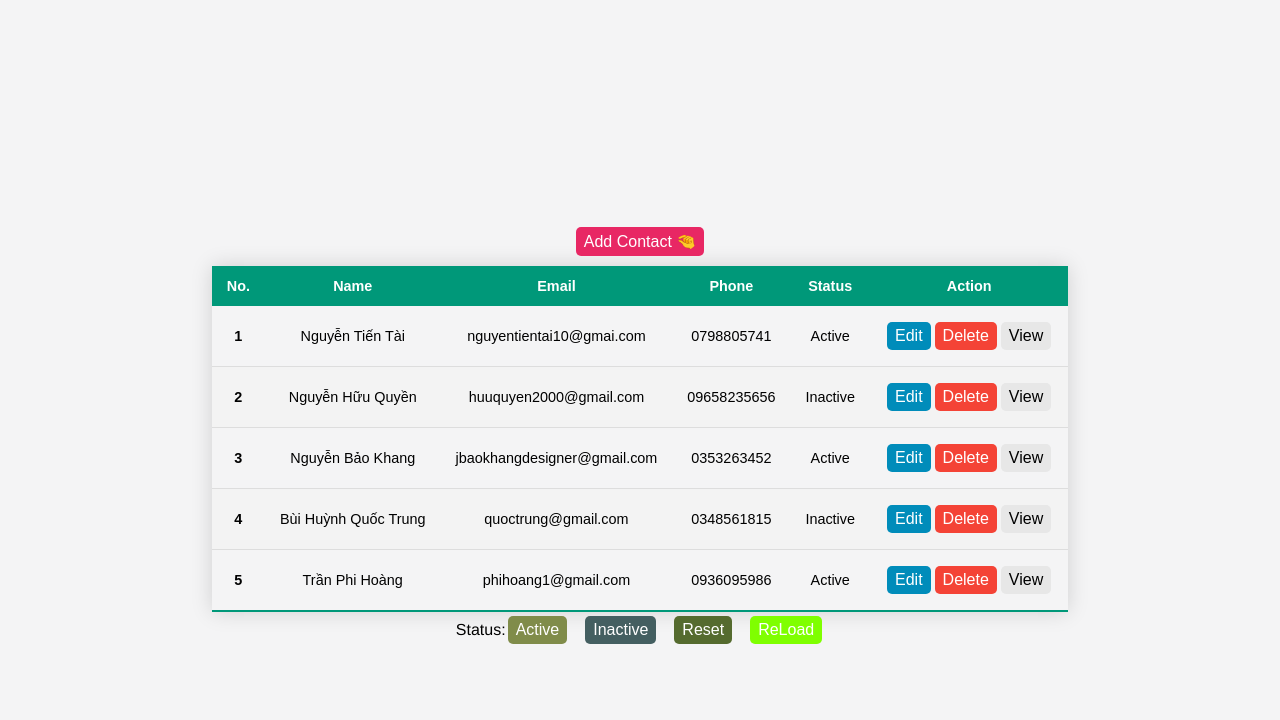
Repository: fdhhhdjd/Redux-Toolkit-CURD-Firebase
Page: /
The author's editor kept a copy of each file at every save. The page is drawn from the files as they stood at one save, then again after the next save.
The browser window is 1280 px wide. The pictures show the whole page.
The project was rebuilt for these pictures with package versions that can differ from the ones it lists, and the page was loaded fresh each time. Also part of the build but not shown: src/Styles/AddEdit.css, src/Component/Button.js, src/Component/AddEdit.js, src/Styles/View.css, src/Component/View.js.

Above is the page before, as saved 2021-10-25 10:53:47.

### src/index.js
import React from "react";
import ReactDOM from "react-dom";
import "./index.css";
import App from "./App";
import store from "./Redux/Store";
import { Provider } from "react-redux";
import * as serviceWorker from "./serviceWorker";
import { ToastContextProvider } from "./ToastContext/ToastContext";

ReactDOM.render(
  <React.StrictMode>
    <Provider store={store}>
      <ToastContextProvider>
        <App />
      </ToastContextProvider>
    </Provider>
  </React.StrictMode>,
  document.getElementById("root")
);

// If you want your app to work offline and load faster, you can change
// unregister() to register() below. Note this comes with some pitfalls.
// Learn more about service workers: https://bit.ly/CRA-PWA
serviceWorker.unregister();

### src/App.js
import React from "react";
import "./App.css";
import { BrowserRouter, Switch, Route } from "react-router-dom";
import { ToastContainer } from "react-toastify";
import "react-toastify/dist/ReactToastify.css";
import { Home, View, AddEdit } from "./import/Index";
function App() {
  return (
    <>
      <BrowserRouter>
        <div className="App">
          <ToastContainer position="top-center" />
          <Switch>
            <Route exact path="/" component={Home} />
            <Route path="/add" component={AddEdit} />
            <Route path="/update/:id" component={AddEdit} />
            <Route path="/view/:id" component={View} />
          </Switch>
        </div>
      </BrowserRouter>
    </>
  );
}

export default App;

### src/Redux/Store.js
import { configureStore, createStore } from "@reduxjs/toolkit";
import logger from "redux-logger";
import thunk from "redux-thunk";
import { composeWithDevTools } from "redux-devtools-extension";
import ContactReducer from "./ContactSlice";
const middleware = [thunk];
if (process.env.NODE_ENV === "development") {
  middleware.push(logger);
}
const store = configureStore({
  reducer: {
    todos: ContactReducer,
    middleware: [logger],
  },
});

export default store;

### src/ToastContext/ToastContext.js
import React, { useState, createContext, useEffect, useRef } from "react";
export const ToastContext = createContext();
export const ToastContextProvider = ({ children }) => {
  const [list, setList] = useState([]);
  let toastProperties = null;
  const showToast = (type) => {
    switch (type) {
      case "success":
        toastProperties = {
          id: list.length + 1,
          title: "Success",
          icon: "fas fa-check-circle",
          description: "Add user Success 😊",
          backgroundColor: "toast--success",
        };
        break;
      case "danger":
        toastProperties = {
          id: list.length + 1,
          title: "Danger",
          description: "Thất bại",
          backgroundColor: "toast--error",
          button: "btn btn--danger",
          json: "fas fa-exclamation-triangle",
        };
        break;
      case "info":
        toastProperties = {
          id: list.length + 1,
          title: "Info",
          description: "Khá thành công",
          backgroundColor: "toast--info",
          json: "fas fa-info",
        };
        break;
      case "warning":
        toastProperties = {
          id: list.length + 1,
          title: "Warning",
          description: "Gần thất bại",
          backgroundColor: "toast--warning",
          json: "fas fa-radiation-alt",
        };
        break;
      default:
        toastProperties = [];
    }
    setList([...list, toastProperties]);
  };
  const data = { list, setList, showToast };

  return <ToastContext.Provider value={data}>{children}</ToastContext.Provider>;
};

### src/import/Index.js
export { default as Home } from "../Component/Home";
export { default as AddEdit } from "../Component/AddEdit";
export { default as View } from "../Component/View";

### src/Redux/ContactSlice.js
import { createSlice, createAsyncThunk } from "@reduxjs/toolkit";
import { v4 as uuidv4 } from "uuid";
import { nanoid } from "nanoid";
const initialState = {
  contacts: [
    {
      id: 1,
      name: "Nguyễn Tiến Tài",
      email: "nguyentientai10@gmai.com",
      phone: "0798805741",
      status: "Active",
    },
    {
      id: 2,
      name: "Nguyễn Hữu Quyền",
      email: "huuquyen2000@gmail.com",
      phone: "09658235656",
      status: "Inactive",
    },
    {
      id: 3,
      name: "Nguyễn Bảo Khang",
      email: "jbaokhangdesigner@gmail.com",
      phone: "0353263452",
      status: "Active",
    },
    {
      id: 4,
      name: "Bùi Huỳnh Quốc Trung	",
      email: "quoctrung@gmail.com",
      phone: "0348561815",
      status: "Inactive",
    },
    {
      id: 5,
      name: "Trần Phi Hoàng",
      email: "phihoang1@gmail.com",
      phone: "0936095986",
      status: "Active",
    },
  ],
  contact: {
    name: "",
    email: "",
    phone: "",
    status: "",
  },
  filter: "All",
};
const TodoSlice = createSlice({
  name: "todos",
  initialState,
  reducers: {
    getContact: (state, action) => {
      state.contact = state.contacts.find((item) => item.id == action.payload);
    },
    addContact: (state, action) => {
      const newData = { ...action.payload, id: uuidv4() };
      state.contacts = [...state.contacts, newData];
    },
    deleteContact: (state, action) => {
      state.contacts = state.contacts.filter(
        (item) => item.id !== action.payload
      );
    },
    updateContact: (state, action) => {
      state.contacts = state.contacts.map((item) =>
        item.id === action.payload.id ? action.payload : item
      );
    },
    setFilter: (state, action) => {
      state.filter = action.payload;
    },
  },
});
const ContactReducer = TodoSlice.reducer;
export const {
  addContact,
  deleteContact,
  getContact,
  updateContact,
  setFilter,
} = TodoSlice.actions;
export const GetTodo = (state) => state.todos;
export default ContactReducer;

### src/Component/Home.js
import React, { useEffect } from "react";
import { useDispatch, useSelector } from "react-redux";
import { deleteContact, GetTodo, setFilter } from "../Redux/ContactSlice";
import { Link } from "react-router-dom";
import { toast } from "react-toastify";
import "../Styles/Home.css";
import Toast from "./Toast";
const Home = () => {
  const { contacts, filter } = useSelector(GetTodo);
  const dispatch = useDispatch();
  const deleteFilterContact = (id) => {
    if (window.confirm("Are you sure you want to delete  ?")) {
      dispatch(deleteContact(id), toast.success("Delete user Success 😉"));
    }
  };

  const handleReloading = () => {
    window.location.reload();
  };
  return (
    <>
      <Toast />
      <div style={{ marginTop: "150px" }}>
        <Link to="/add">
          <button className="btn btn-contact">Add Contact 🤏</button>
        </Link>

        <table className="styled-table">
          <thead>
            <tr>
              <th style={{ textAlign: "center" }}>No.</th>
              <th style={{ textAlign: "center" }}>Name</th>
              <th style={{ textAlign: "center" }}>Email</th>
              <th style={{ textAlign: "center" }}>Phone</th>
              <th style={{ textAlign: "center" }}>Status</th>
              <th style={{ textAlign: "center" }}>Action</th>
            </tr>
          </thead>
          <tbody>
            {contacts
              .filter((item) => {
                if (filter === "All") {
                  return item;
                } else {
                  return item.status === filter;
                }
              })
              .map((item, index) => {
                return (
                  <tr key={item.id}>
                    <th scope="row">{index + 1}</th>
                    <td>{item.name}</td>
                    <td>{item.email}</td>
                    <td>{item.phone}</td>
                    <td>{item.status}</td>
                    <td>
                      <Link to={`/update/${item.id}`}>
                        <button className="btn btn-edit">Edit</button>
                      </Link>
                      <button
                        className="btn btn-delete"
                        onClick={() => deleteFilterContact(item.id)}
                      >
                        Delete
                      </button>
                      <Link to={`/view/${item.id}`}>
                        <button className="btn btn-view">View</button>
                      </Link>
                    </td>
                  </tr>
                );
              })}
          </tbody>
        </table>
        <label htmlFor="">Status:</label>
        <button
          className="btn btn-active"
          onClick={() => dispatch(setFilter("Active"))}
        >
          Active
        </button>
        <button
          className="btn btn-inactive"
          onClick={() => dispatch(setFilter("Inactive"))}
        >
          Inactive
        </button>
        <button
          className="btn btn-reset"
          onClick={() => dispatch(setFilter("All"))}
        >
          Reset
        </button>
        <button className="btn btn-reload" onClick={handleReloading}>
          ReLoad
        </button>
      </div>
    </>
  );
};

export default Home;

### src/Styles/Home.css
.styled-table {
    border-collapse: collapse;
    margin: auto;
    font-size: 0.9em;
    font-family: sans-serif;
    max-width: 1000px;
    box-shadow: 0 0 20px rgba(0, 0, 0, 0.15);
  }

  .styled-table thead tr {
    background-color: #009879;
    color: #ffffff;
    text-align: left;
  }

  .styled-table th,
  .styled-table td {
    padding: 12px 15px;
  }

  .styled-table tbody tr {
    border-bottom: 1px solid #dddddd;
  }

  .styled-table tbody tr:nth-of-type(even) {
    background-color: #f3f3f3;
  }

  .styled-table tbody tr:last-of-type {
    border-bottom: 2px solid #009879;
  }

  .btn {
    border: none;
    color: white;
    padding: 5px 8px;
    text-align: center;
    text-decoration: none;
    display: inline-block;
    border-radius: 5px;
    font-size: 16px;
    margin: 4px 2px;
    cursor: pointer;
  }

  .btn-edit {
    background-color: #008cba;
  }

  .btn-delete {
    background-color: #f44336;
  }

  .btn-view {
    background-color: #e7e7e7;
    color: black;
  }

  .btn-contact {
    background-color: #e82764;
    margin-bottom: 10px;
  }


  .btn-active {
    background-color: #808c4a;
    color: #fff;
  }

  .btn-inactive {
    background-color: #445f61;
    color: #fff;
  }

  .btn-reset {
    background-color: darkolivegreen;
    color: #fff;
  }
  .btn-reload{
    background-color: chartreuse;
    color: white;
  }

### src/Component/Toast.js
import React, { useCallback, useContext, useEffect } from "react";
import "../Styles/toast.css";
import { ToastContext } from "../ToastContext/ToastContext";
const Toast = () => {
  const { list, setList } = useContext(ToastContext);
  const deleteToast = useCallback(
    (id) => {
      const listItem = list.filter((e) => e.id !== id);
      setList(listItem);
    },
    [list, setList]
  );

  useEffect(() => {
    const interval = setInterval(() => {
      if (list.length) {
        deleteToast(list[0].id);
      }
    }, 150000);

    return () => {
      clearInterval(interval);
    };
  }, [list, deleteToast]);

  return (
    <>
      <div id="toast">
        {list.map((toast, i) => (
          <div key={i}>
            <div className={`toast ${toast.backgroundColor}`}>
              <div className="toast__icon">
                <i className={`${toast.icon}`}></i>
              </div>
              <div className="toast__body">
                <h3 className="toast__title ">{toast.title}</h3>
                <p className="toast__msg">{toast.description}</p>
              </div>
              <div className="toast__close">
                <i
                  className="fa fa-times"
                  onClick={() => deleteToast(toast.id)}
                ></i>
              </div>
            </div>
          </div>
        ))}
      </div>
    </>
  );
};

export default Toast;

### src/Styles/toast.css
 * {
  padding: 0;
  margin: 0;
  box-sizing: border-box;
}

body {
  height: 100vh;
  display: flex;
  flex-direction: column;
  font-family: "Helvetica Neue";
  background-color: #f4f4f5;
}

body > div {
  margin: auto;
}

.btn1 {
  display: inline-block;
  text-decoration: none;
  background-color: transparent;
  border: none;
  outline: none;
  color: #fff;
  padding: 12px 48px;
  border-radius: 50px;
  cursor: pointer;
  min-width: 120px;
  transition: opacity 0.2s ease;
}




.btn--size-l {
  padding: 16px 56px;
}

.btn--size-s {
  padding: 8px 32px;
}

.btn:hover {
  opacity: 0.8;
}

.btn + .btn {
  margin-left: 16px;
}

.btn--success {
  background-color: #71be34;
}

.btn--warn {
  background-color: #ffb702;
}
.btn--info {
  background-color: lightblue;
}

.btn--danger {
  background-color: #ff623d;
}

.btn--disabled {
  opacity: 0.5 !important;
  cursor: default;
}


#toast {
  position: fixed;
  top: 32px;
  right: 32px;
  z-index: 999999;
}


.toast {
  display: flex;
  align-items: center;
  background-color: #fff;
  border-radius: 2px;
  padding: 20px 0;
  min-width: 400px;
  max-width: 450px;
  border-left: 4px solid;
  box-shadow: 0 5px 8px rgba(0, 0, 0, 0.08);
  transition: all linear 0.3s;
  animation: slideInLeft ease .3s,fadeOut linear 1s 3s forwards;
}

@keyframes slideInLeft {
  from {
    opacity: 0;
    transform: translateX(calc(100% + 32px));
  }
  to {
    opacity: 1;
    transform: translateX(0);
  }
}

@keyframes fadeOut {
  to {
    opacity: 0;
  }
}

.toast--success {
  border-color: #47d864;
}

.toast--success .toast__icon {
  color: #47d864;
}

.toast--info {
  border-color: #2f86eb;
}

.toast--info .toast__icon {
  color: #2f86eb;
}

.toast--warning {
  border-color: #ffc021;
}

.toast--warning .toast__icon {
  color: #ffc021;
}

.toast--error {
  border-color: #ff623d;
}

.toast--error .toast__icon {
  color: #ff623d;
}

.toast + .toast {
  margin-top: 24px;
}

.toast__icon {
  font-size: 24px;
  width: 8rem;
  height:3rem;
}

.toast__icon,
.toast__close {
  padding: 0 16px;
}

.toast__body {
  flex-grow: 1;
}

.toast__title {
  font-size: 16px;
  font-weight: 600;
  color: #333;
}

.toast__msg {
  font-size: 14px;
  color: #888;
  margin-top: 6px;
  line-height: 1.5;
}

.toast__close {
  font-size: 20px;
  color: rgba(0, 0, 0, 0.3);
  cursor: pointer;
}
.fa{
  width: 4rem;
  height:3rem;
}

Loaded but not shown: public/index.html (common file); src/index.css (common file); src/serviceWorker.js (common file); src/App.css (common file)

After the next save:
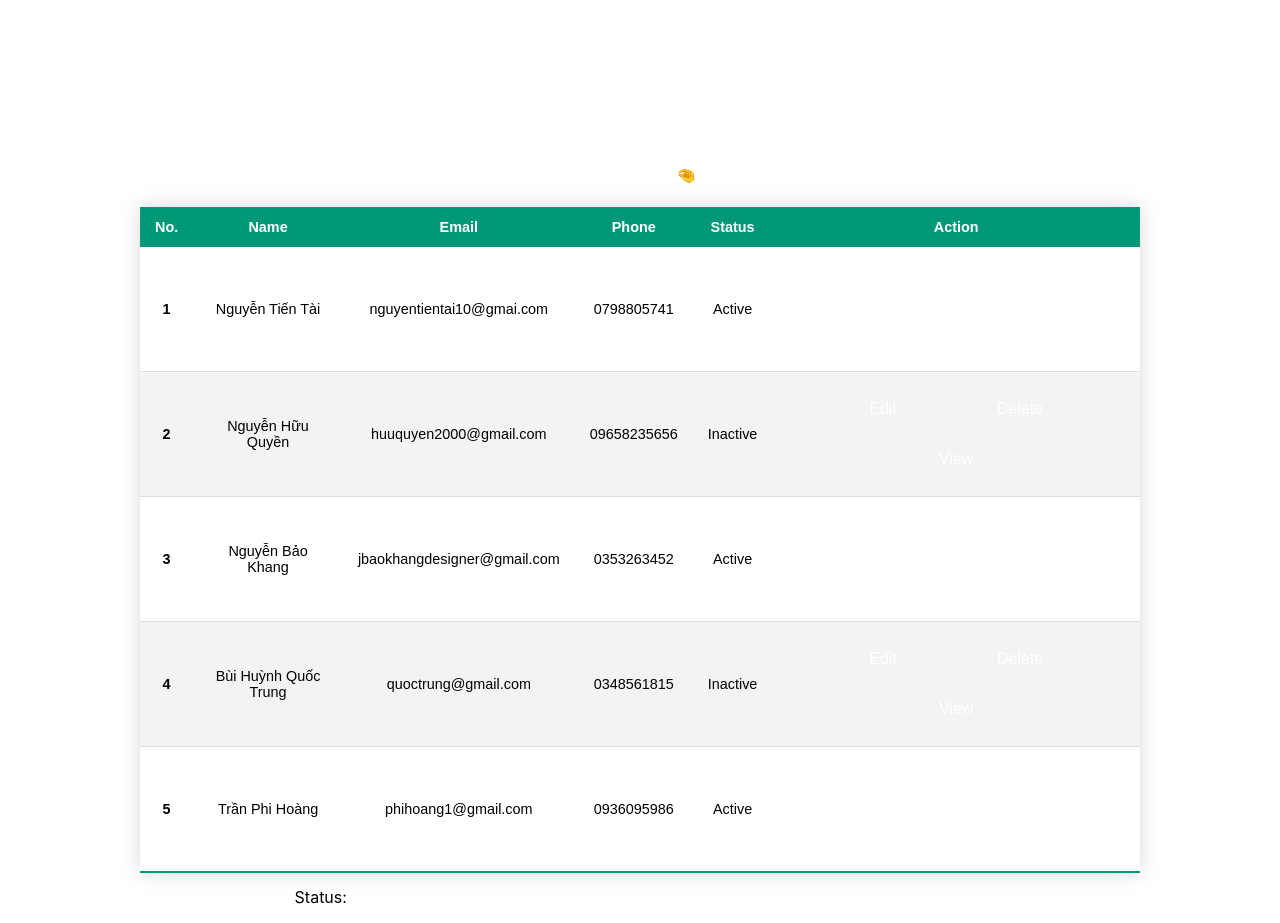
Saved 42 s later.
--- a/src/Styles/toast.css
+++ b/src/Styles/toast.css
@@ -1,4 +1,4 @@
- * {
+/* * {
   padding: 0;
   margin: 0;
   box-sizing: border-box;
@@ -16,7 +16,9 @@
   margin: auto;
 }
 
-.btn1 {
+ */
+
+ .btn {
   display: inline-block;
   text-decoration: none;
   background-color: transparent;
@@ -29,8 +31,6 @@
   min-width: 120px;
   transition: opacity 0.2s ease;
 }
-
-
 
 
 .btn--size-l {
@@ -70,6 +70,7 @@
 }
 
 
+
 #toast {
   position: fixed;
   top: 32px;
@@ -83,7 +84,7 @@
   align-items: center;
   background-color: #fff;
   border-radius: 2px;
-  padding: 20px 0;
+  padding: 10px 0;
   min-width: 400px;
   max-width: 450px;
   border-left: 4px solid;
@@ -178,7 +179,3 @@
   color: rgba(0, 0, 0, 0.3);
   cursor: pointer;
 }
-.fa{
-  width: 4rem;
-  height:3rem;
-}

After the save that followed:
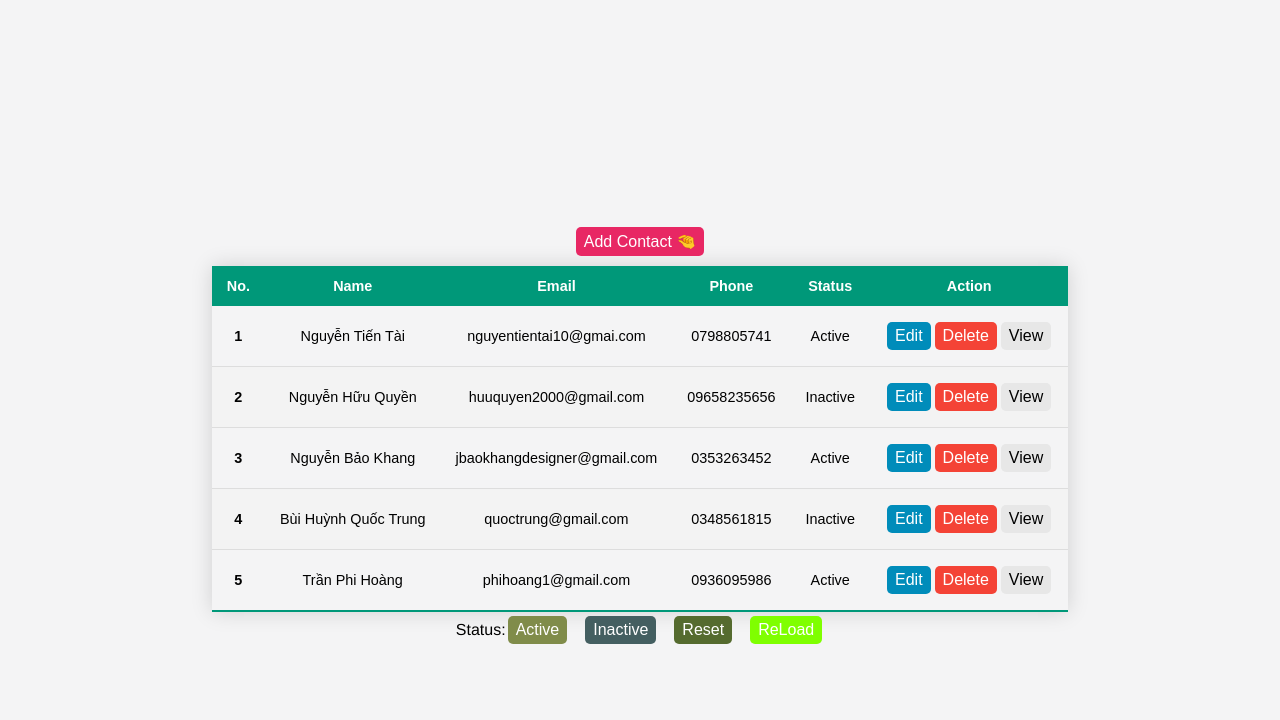
Saved 10 s later.
--- a/src/Styles/toast.css
+++ b/src/Styles/toast.css
@@ -1,4 +1,4 @@
-/* * {
+ * {
   padding: 0;
   margin: 0;
   box-sizing: border-box;
@@ -16,9 +16,7 @@
   margin: auto;
 }
 
- */
-
- .btn {
+.btn1 {
   display: inline-block;
   text-decoration: none;
   background-color: transparent;
@@ -31,6 +29,8 @@
   min-width: 120px;
   transition: opacity 0.2s ease;
 }
+
+
 
 
 .btn--size-l {
@@ -70,7 +70,6 @@
 }
 
 
-
 #toast {
   position: fixed;
   top: 32px;
@@ -84,7 +83,7 @@
   align-items: center;
   background-color: #fff;
   border-radius: 2px;
-  padding: 10px 0;
+  padding: 20px 0;
   min-width: 400px;
   max-width: 450px;
   border-left: 4px solid;
@@ -179,3 +178,7 @@
   color: rgba(0, 0, 0, 0.3);
   cursor: pointer;
 }
+.fa{
+  width: 4rem;
+  height:3rem;
+}
